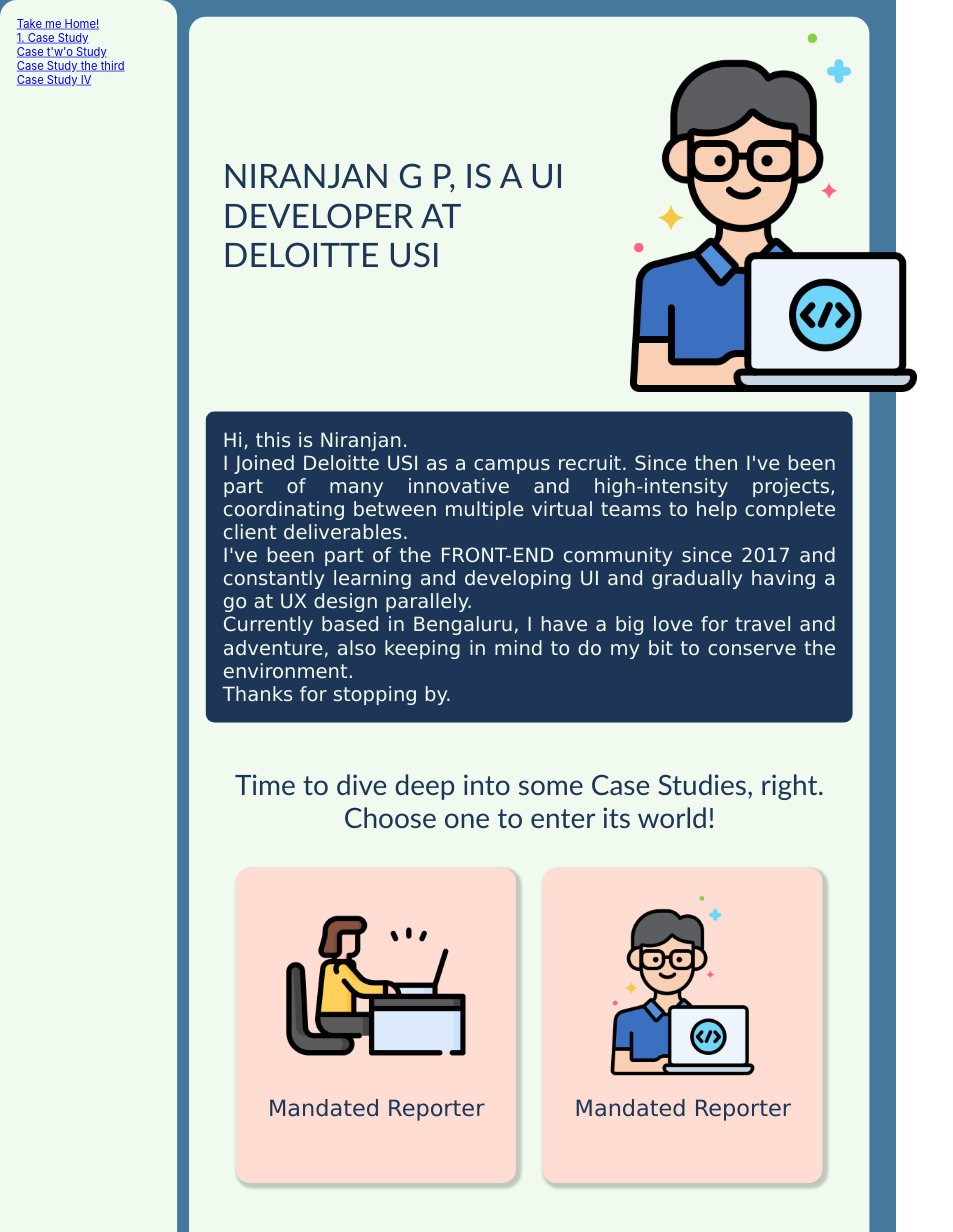
Repository: niranjangp/portfolioReact
Page: /
The author's editor kept a copy of each file at every save. The page is drawn from the files as they stood at one save, then again after the next save.
The browser window is 1280 px wide. The page is 1361 px wide, so the pictures cover 1361 px, including what lies to the right of the window. The pictures show the part of the page from y = 0 to 1760 px (the page is 2599 px tall before and 2623 px after), at 70% of full size.
The project was rebuilt for these pictures with package versions that can differ from the ones it lists, and the page was loaded fresh each time. Also part of the build but not shown: src/pages/csOne.jsx, src/pages/notFound.jsx.

Above is the page before, as saved 2022-02-01 00:47:23.

After the next save:
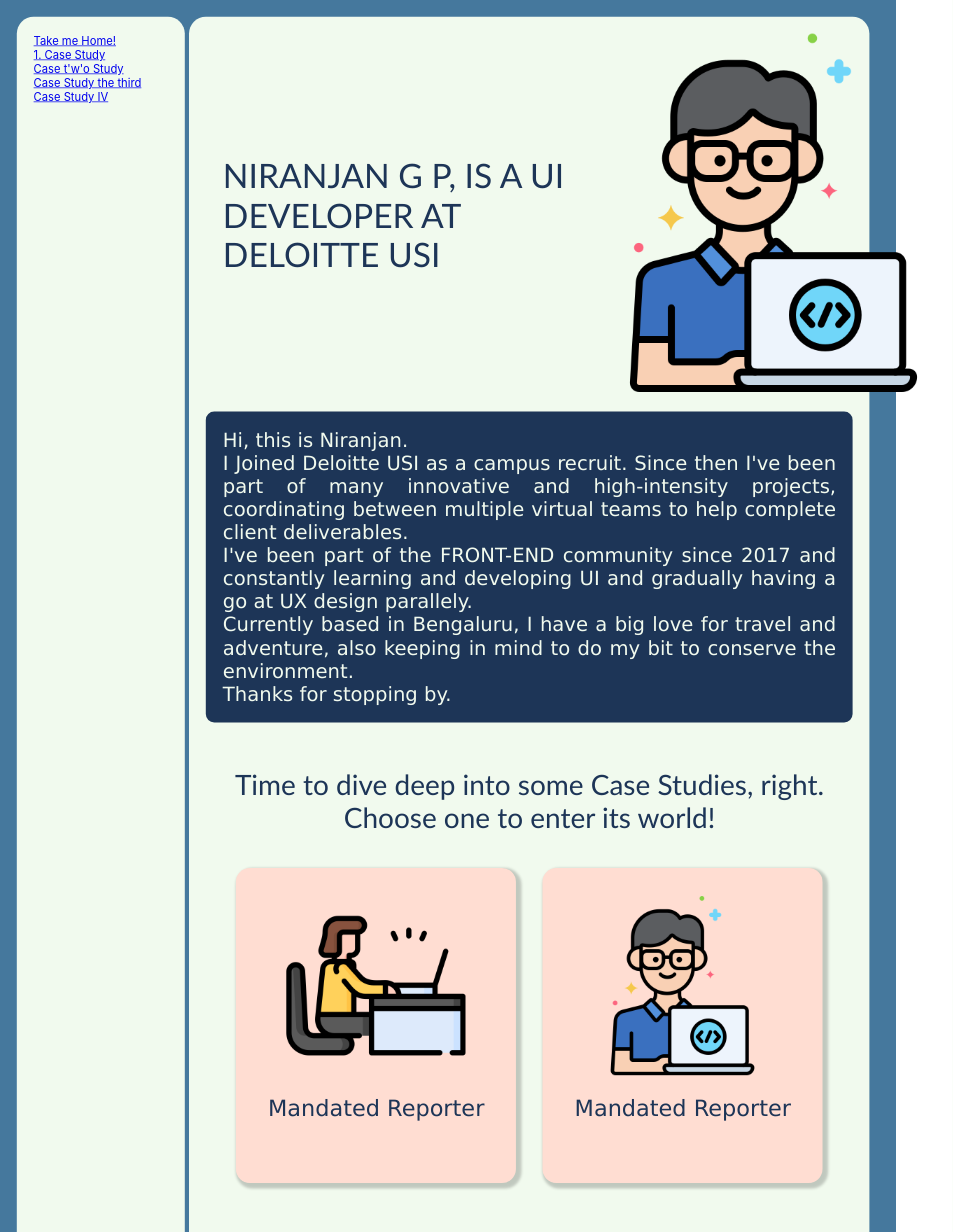
Saved 14 min 0 s later.
--- a/src/App.css
+++ b/src/App.css
@@ -15,14 +15,31 @@
 
 .navigation {
   position: absolute;
-  top: 0;
-  left: 0;
-  width: 16%;
+  top: 24px;
+  left: 24px;
+  width: 15%;
   min-height: 300px;
   height: 100%;
   background-color: #F1FAEE;
   border-radius: 1.5rem;
   padding:24px;
+}
+
+.navDiv {
+  padding: 16px 0;
+  text-align: center;
+}
+
+.nav-link {
+  font-size: 24px;
+  text-decoration: none;
+  color: #1d3557;
+}
+
+.nav-link.active {
+  color: #2a9d8f;
+  font-weight: bold;
+  border-bottom: 4px solid #2a9d8f;
 }
 
 .fr-info {
